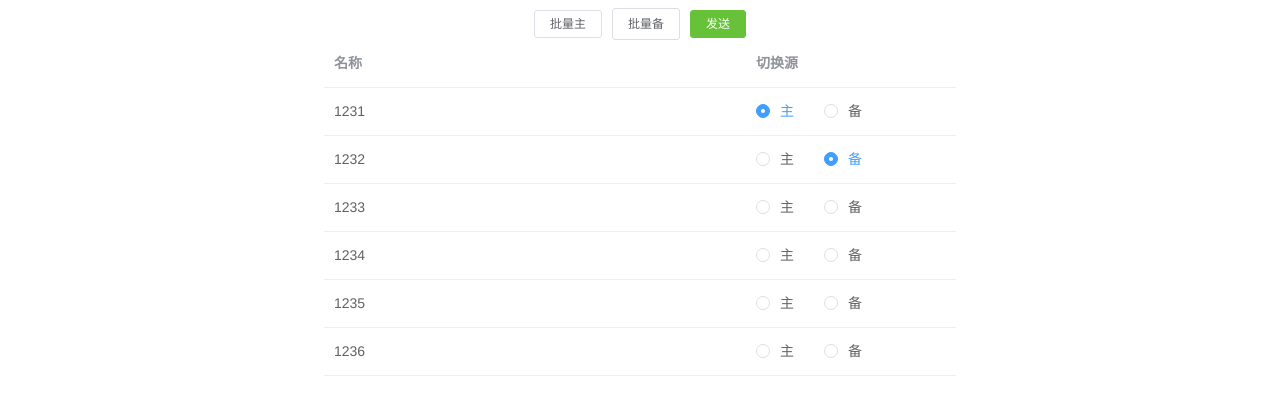
Repository: faintout/BHMQTTSendTool
Page: /
These files come from the project's save history. The page is drawn as it stood at one moment and after the next save; the edit follows.
The browser window is 1280 px wide. The pictures show the whole page.
The project was rebuilt for these pictures with package versions that can differ from the ones it lists, and the page was loaded fresh each time. Also part of the build but not shown: vue.config.js. Imported but missing from the stored project, and not drawn on this page: src/views/About.vue.

Above is the page before, as saved 2020-08-26 14:07:04.

After the next save:
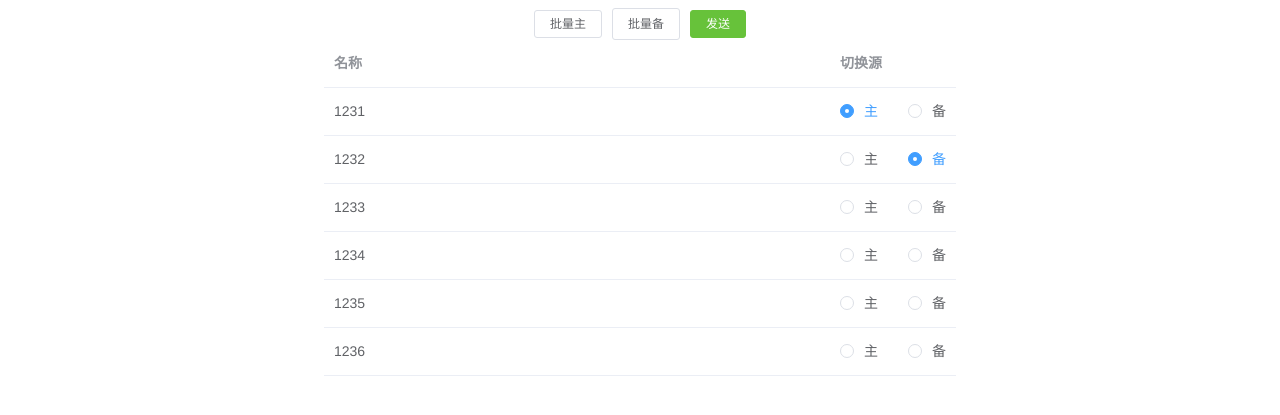
Saved 5 s later.
--- a/src/views/Home.vue
+++ b/src/views/Home.vue
@@ -14,7 +14,7 @@
       >
       <el-table-column
           prop="name"
-          min-width="2"
+          min-width="4"
         label="名称"
       >
       </el-table-column>
